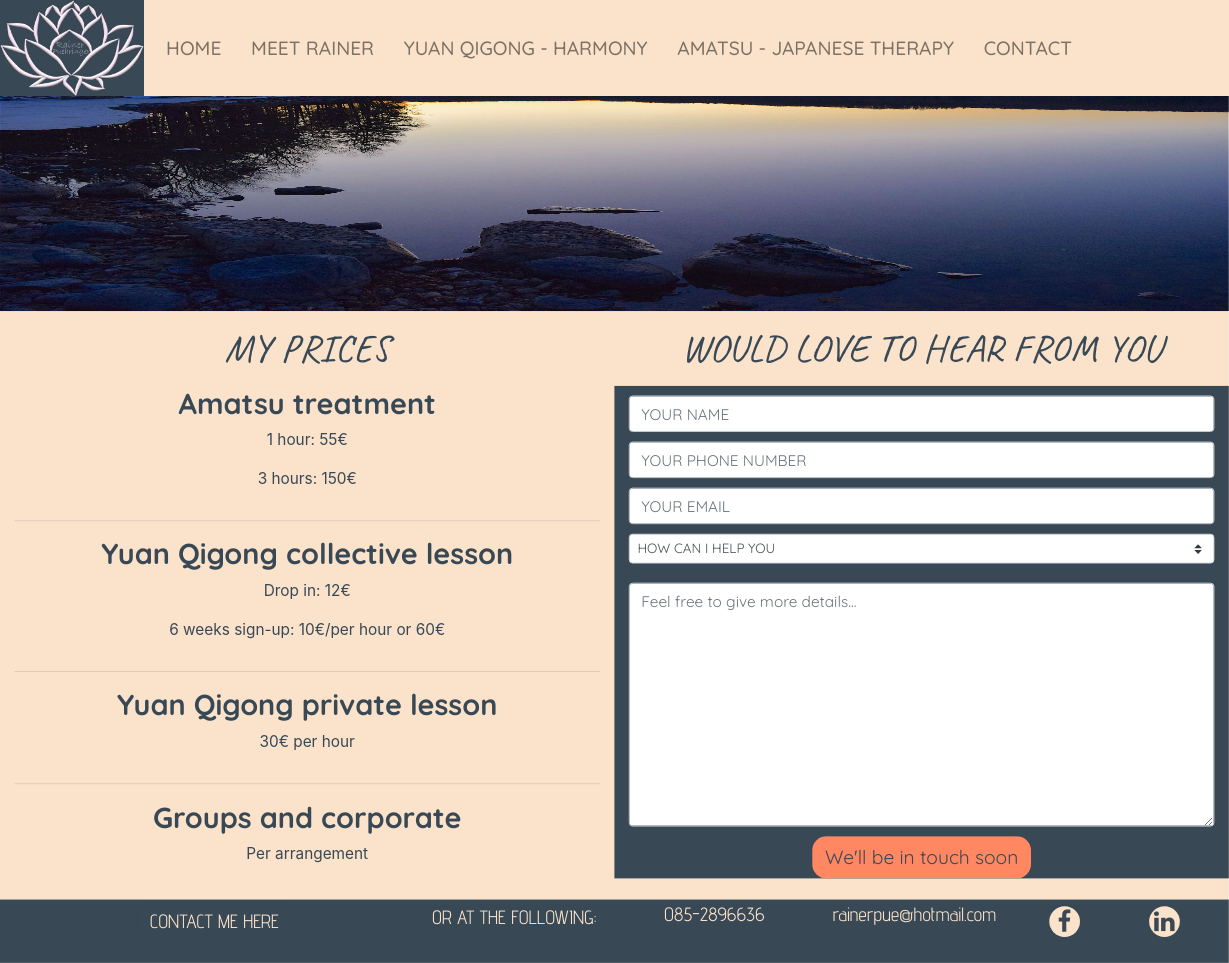
Repository: rainerpue/practitioner_website
Page: contact.html
The author's editor kept a record of every edit. The page is drawn from the files as they stood at one moment, then again after the next edit.
The browser window is 1280 px wide. The pictures show the whole page, at 96% of full size.
Some web libraries are served in a nearby version.

Above is the page before.

### contact.html
<!DOCTYPE html>
<html lang="en">

<head>
    <meta charset="UTF-8">
    <meta name="viewport" content="width=device-width, initial-scale=1.0">
    <meta http-equiv="X-UA-Compatible" content="ie=edge">
    <meta name="description" content="Home page | Rainer Puehringer, Find your Energy flow">
    <meta name="keywords" content="qigong, amatsu, therapy, energy flow, body balance, harmony, Japanese therapy, yuan gong, ireland">
    <meta name="author" content="Rainer Puehringer">
    <!-- favicon -->
    <link rel="shortcut icon" type="image" href="assets/favicon/favicon-32x32.png">
    <!-- style links -->
    <link rel="stylesheet" href="https://stackpath.bootstrapcdn.com/bootstrap/4.3.1/css/bootstrap.min.css" type="text/css" />
    <link rel="stylesheet" href="https://stackpath.bootstrapcdn.com/font-awesome/4.7.0/css/font-awesome.min.css" type="text/css" />

    <!-- link to my css file comes after to make sure it render over bootstrap style -->
    <link rel="stylesheet" href="assets/css/style.css" type="text/css" />

    <title>Rainer Puehringer, Find your Energy flow with Yuan Qigong and Amatsu</title>

</head>

<body>
    <!-- navbar and logo -->
    <!-- blue background will only show on bigger screens, set to transparent for mobile device -->
    <nav class="navbar navbar-expand-md fixed-top navbar-light nav-coral">
        <!-- logo -->
        <a href="index.html" class="navbar-brand logo">
            <img src="assets/images/logo.jpg" width="150" height="100" alt="logo">
        </a>
        <!-- button for smaller devices -->
        <button class="navbar-toggler" type="button" data-toggle="collapse" data-target="#burger" aria-controls="burger" aria-expanded="false" aria-label="Toggle navigation">
    <span class="fa fa-bars"></span>
  </button>
        <!-- navigation items which drop down vertically from burger icon in smaller devices -->
        <div class="collapse navbar-collapse" id="burger">
            <ul class="navbar-nav mr-auto text-uppercase">
                <li class="nav-item">
                    <a class="nav-link" href="index.html">Home</a>
                </li>
                <li class="nav-item">
                    <a class="nav-link" href="about.html">Meet Rainer</a>
                </li>
                <li class="nav-item">
                    <a class="nav-link" href="qigong.html">Yuan Qigong - Harmony</a>
                </li>
                <li class="nav-item">
                    <a class="nav-link" href="amatsu.html">Amatsu - Japanese Therapy</a>
                </li>
                <li class="nav-item">
                    <a class="nav-link" href="index.html">Contact</a>
                </li>
            </ul>
        </div>
    </nav>

    <!-- end navbar -->

    <main>
        <!-- image banner -->
        <div class="container-fluid">
            <div class="row">
                <div class="col-12 banner-image banner-image-contact contact-img">
                </div>
            </div>
        </div>

        <!-- Prices and contact form -->
        <section class="container-fluid bg-coral contact-section">
            <div class="row">
                <div class="col-lg-6 prices">
                    <div class="row">
                        <div class="col-12">
                            <h3 class="text-uppercase text-center">My prices</h3>
                        </div>
                    </div>
                    <div class="row">
                        <div class="col-12 price-table text-center">
                            <h4>Amatsu treatment</h4>
                            <p>1 hour: 55€</p>
                            <p>3 hours: 150€</p>
                        </div>
                    </div>
                    <hr class="section-divider-price">
                    <div class="row">
                        <div class="col-12 price-table text-center">
                            <h4>Yuan Qigong collective lesson</h4>
                            <p>Drop in: 12€</p>
                            <p>6 weeks sign-up: 10€/per hour or 60€</p>
                        </div>
                    </div>
                    <hr class="section-divider-price">
                    <div class="row">
                        <div class="col-12 price-table text-center">
                            <h4>Yuan Qigong private lesson</h4>
                            <p>30€ per hour</td>
                        </div>
                    </div>
                    <hr class="section-divider-price">
                    <div class="row">
                        <div class="col-12 price-table text-center">
                            <h4>Groups and corporate</h4>
                            <p>Per arrangement</td>
                        </div>
                    </div>
                </div>
                <div class="col-lg-6">
                    <div class="row contact-heading">
                        <div class="col-12">
                            <h3 class="text-uppercase text-center">Would love to hear from you</h3>
                        </div>
                    </div>
                    <div class="row">
                        <form class="col-12 contact-form">
                            <input type="text" name="name" id="fullname" class="form-control" placeholder="YOUR NAME" required/>
                            <input type="number" name="phonenumber" id="phonenumber" class="form-control" placeholder="YOUR PHONE NUMBER" />
                            <input type="email" name="email" id="emailaddress" class="form-control" placeholder="YOUR EMAIL" required/>
                            <select class="custom-select custom-select-sm" name="how-can-i-help-you" id="how-can-i-help-you">
                                <option selected>HOW CAN I HELP YOU</option>
                                <option value="Book an Amatsu treatment">Book an Amatsu treatment</option>
                                <option value="Query about Qigong">Query about Qigong</option>
                                <option value="Advice about cooking or gardening">Advice about cooking or gardening</option>
                                <option value="Other">Other</option>
                            </select>
                            <textarea rows="10" name="querydetails" id="querydetails" class="form-control" placeholder="Feel free to give more details..." required></textarea>
                            <div class="form-row text-center">
                                <div class="col">
                                    <button type="submit" class="btn btn--gal btn--orange">We'll be in touch soon</button>
                                </div>
                            </div>
                        </form>
                    </div>
                </div>
            </div>
        </section>
    </main>

    <!-- footer -->

    <footer>
        <div class="container-fluid bg-grey">
            <div class="row footer-row">
                <div class="col-12 col-md-4 footer-contact">
                    <a class="btn btn--gal btn--grey text-uppercase" href="#">Contact Me Here</a>
                </div>
                <div class="col-12 col-md-2 footer-contact">
                    <h5 class="text-uppercase">or at the following:</h5>
                </div>
                <div class="col-12 col-md-2 footer-contact">
                    <p>085-2896636</p>
                </div>
                <div class="col-12 col-md-2 footer-contact">
                    <p>rainerpue@hotmail.com</p>
                </div>
                <div class="col-12 col-md-1 footer-contact">
                    <a class="socialmedia" href="https://www.facebook.com/YuanGongandAmatsuwithRainer/" target="_blank">
                    <i class="fa fa-facebook"></i>
                    <span class="sr-only">Facebook</span>
                    </a>
                </div>
                <div class="col-12 col-md-1 footer-contact">
                    <a class="socialmedia" href="https://www.linkedin.com/in/rainer-puehringer-63157248/" target="_blank">
                    <i class="fa fa-linkedin"></i>
                    <span class="sr-only">Linkedin</span>
                    </a>
                </div>
            </div>
        </div>
    </footer>

    <script src="https://code.jquery.com/jquery-3.2.1.slim.min.js " integrity="sha384-KJ3o2DKtIkvYIK3UENzmM7KCkRr/rE9/Qpg6aAZGJwFDMVNA/GpGFF93hXpG5KkN " crossorigin="anonymous "></script>
    <script src="https://cdnjs.cloudflare.com/ajax/libs/popper.js/1.12.9/umd/popper.min.js " integrity="sha384-ApNbgh9B+Y1QKtv3Rn7W3mgPxhU9K/ScQsAP7hUibX39j7fakFPskvXusvfa0b4Q " crossorigin="anonymous "></script>
    <script src="https://maxcdn.bootstrapcdn.com/bootstrap/4.0.0/js/bootstrap.min.js " integrity="sha384-JZR6Spejh4U02d8jOt6vLEHfe/JQGiRRSQQxSfFWpi1MquVdAyjUar5+76PVCmYl " crossorigin="anonymous "></script>
</body>

</html>

### assets/css/style.css
@import url('https://fonts.googleapis.com/css?family=Advent+Pro:100,200,300,400,500,600,700|Quicksand:300,400,500,700|Caveat:400,700');

body {}

/*-----------------------------------------Colour */

.nav-coral {
    background-color: transparent;
}

.bg-grey {
    background-color: #384955;
    color: #FAE2CB;
    padding-bottom: 20px;
}

.bg-coral {
    background-color: #FAE2CB;
    color: #384955;
    padding-bottom: 20px;
}

/*-----------------------------------------Images */

.about-img {
    background: url(../images/about-image.jpg);
}

.qigong-img {
    background: url(../images/lotus.jpg);
}

.amatsu-img {
    background: url(../images/water.jpg);
}

.contact-img {
    background: url(../images/contact.jpg);
}

/* Banner image code technics found in the link below:
https://stackoverflow.com/questions/38038056/adding-a-background-image-just-below-the-navigation-bar */

.banner-image {
    min-height: 30vh;
    -webkit-background-size: 100% 100%;
    -moz-background-size: 100% 100%;
    -o-background-size: 100% 100%;
    background-size: 100% 100%;
    width: 100vw;
    background-repeat: no-repeat;
    position: relative;
}

.banner-image-contact {
    min-height: 45vh;
}

.sm-img {
    max-height: 600px;
    max-width: 400px;
}


/*-----------------------------------------Special paddings/margins/texts */

.container-fluid {
    margin: 0;
}

.text-uppercase {
    text-transform: uppercase;
}

.text-center {
    text-align: center;
    margin: 0;
}

.text-justify {
    text-align: justify;
    text-justify: inter-word;
}

main {
    margin: 0;
    padding: 0;
}

h3 {
    padding: 15px 0 15px;
    font-family: "Caveat", sans-serif;
    font-weight: 400;
    font-size: 40px;
}

h4 {
    font-family: "Quicksand", sans-serif;
    font-weight: 700;
    font-size: 30px;
}

a {
    text-decoration: none;
    cursor: pointer;
}

/*-----------------------------------------buttons */

.btn:hover {
    color: #fafafa;
    text-decoration: none;
}

.btn--gal {
    margin-bottom: 0;
    margin-top: 0;
    border-radius: 15px;
    font-size: 20px;
    text-decoration: none;
    cursor: pointer;
}

.btn--grey {
    background-color: #384955;
    border-color: #384955;
    color: #FAE2CB;
}

.btn--grey:hover {
    color: #FF8863;
}

.btn--coral {
    background-color: #FAE2CB;
    border-color: #FAE2CB;
    color: #384955;
}

.btn--coral:hover {
    color: #87B0CD;
}

.btn--orange {
    background-color: #FF8863;
    color: #384955;
}

.btn--orange:hover {
    color: #FAE2CB;
}

.btn--footer {
    color: #FAE2CB;
}

/*-----------------------------------------section divider */

.section-divider-short {
    width: 75px;
    height: 5px;
    border: 0;
    background-color: #384955;
}

.section-divider-long {
    width: 100%;
    height: 10px;
    border: 0;
    background-color: #384955;
    margin: 0;
}

/*-----------------------------------------logo */

.logo {
    display: inline-block;
    padding: 0;
    margin: 0;
    line-height: inherit;
    white-space: nowrap;
    background-position: center;
    background-repeat: no-repeat;
    -o-transition: all .5s ease-in-out;
    transition: all .5s ease-in-out;
    -moz-transition: all .5s ease-in-out;
    -webkit-transition: all .5s ease-in-out;
}

/*-----------------------------------------burger icon inspired from https://mdbootstrap.com/docs/jquery/navigation/hamburger-menu/ */

.fa-bars {
    font-size: 30px;
    padding: 5px;
}

.navbar-light .navbar-toggler {
    border-color: rgba(0, 0, 0, .3);
    margin-right: 15px;
}

/*-----------------------------------------nav */

.navbar {
    padding: 0;
    text-align: center;
    overflow: auto;
}

.navbar-collapse {
    background-color: #FAE2CB
}

.nav-item {
    padding-left: 15px;
}

.nav-item a {
    color: #384955;
    font-family: "Quicksand", sans-serif;
    font-weight: 500;
    font-size: 20px;
    -webkit-transition: background-color .2s ease-in-out, color .2s ease-in-out;
    -o-transition: background-color .2s ease-in-out, color .2s ease-in-out;
    transition: background-color .2s ease-in-out, color .2s ease-in-out;
}

.nav-item a:hover {
    color: #FAE2CB!important;
    background-color: #384955;
}

/*-----------------------------------------full background image with attention */

.home-image {
    min-height: 95vh;
    -webkit-box-align: center;
    -ms-flex-align: center;
    align-items: center;
    position: relative;
    background: url(../images/home-image.jpg) no-repeat center center fixed;
    background-size: cover;
    padding-top: 100px;
}

.opaque-overlay {
    position: absolute;
    top: 0;
    left: 0;
    height: 100%;
    width: 100%;
    background: rgba(0, 0, 0, 0.2);
}

.attention {
    width: 80%;
    color: #fafafa;
    font-family: "Advent Pro", sans-serif;
    font-size: 40px;
    font-weight: 600;
    padding-left: 15px;
    padding-top: 200px;
}

/*-----------------------------------------testimonials in carrousel */

.slide {
    position: relative;
    display: -webkit-box;
    display: -ms-flexbox;
    display: flex;
    -webkit-box-align: center;
    -ms-flex-align: center;
    align-items: center;
    min-height: 30vh;
    text-align: center;
    padding: 5px 30px;
    margin-bottom: 20px
}

blockquote {
    width: 80px;
    font-family: "Advent Pro", sans-serif;
    font-weight: 300;
    font-size: 30px;
}

/*-----------------------------------------home intro section */

.intro {
    width: 100%;
    padding: 0;
    min-height: 20vh;
}

.content-intro {
    font-family: "Advent Pro", sans-serif;
    font-size: 20px;
    font-weight: 400;
    margin-bottom: 20px;
}

/*-----------------------------------------footer */

.footer-row {
    padding: 0 15px;
    text-align: center;
}

.footer-contact {
    font-family: "Advent Pro", sans-serif;
    text-align: center;
    -webkit-box-align: center;
    -ms-flex-align: center;
    align-items: center;
    -webkit-box-pack: center;
    -ms-flex-pack: center;
    justify-content: center;
    padding: 0;
    margin: 0;
}

.footer-contact p {
    font-weight: 400;
    font-size: 20px;

}

.footer-contact h5 {
    font-weight: 400;
    font-size: 20px;
}

.socialmedia i {
    width: 32px;
    height: 32px;
    border-radius: 50%;
    font-size: 25px;
    text-align: center;
    vertical-align: middle;
    display: table-cell;
    color: #384955;
    background: #FAE2CB;
    transition: all 0.35s ease-in-out;
    -moz-transition: all 0.35s ease-in-out;
    -webkit-transition: all 0.35s ease-in-out;
    -o-transition: all 0.35s ease-in-out;
}

.social-links i:hover {
    background: #e84610;
}

/*-----------------------------------------main content for each page */

.main-content {
    position: relative;
    padding-top: 5px;
    padding-bottom: 5px;
    padding-right: 30px;
    line-height: 200%;
    font-family: "Advent Pro", sans-serif;
    font-size: 20px;
    font-weight: 400;
}

.section-column {
    display: table-cell;
    padding: 0 30px 30px;
    float: none;
}

.intro-section {
    padding-top: 10px;
    padding-bottom: 20px;
}

.section-details {
    min-height: 25vh;
    -webkit-box-align: center;
    -ms-flex-align: center;
    align-items: center!important;
    margin-bottom: 15px;
}



/*-----------------------------------------links to other websites on about page */

.links {
    color: #FAE2CB;
    font-weight: 700;
}

.links:hover {
    color: #FF8863;
}

/*-----------------------------------------timeline implemented from the Resume Mini-project in the User Centric module */

.timeline {
    margin: 0;
}

.history-items {
    padding-left: 30px;
    padding-bottom: 15px;
}

.timeline-item {
    padding: 4em 2em 0em 2em;
    position: relative;
    color: #384955;
    border-left: 1px solid;
    font-family: "Advent Pro", sans-serif;
}

.timeline-item p {
    padding: 0;
    margin: 0;
}

.timeline-item:before {
    content: attr(data-dates);
    position: absolute;
    left: 2.5em;
    top: 3em;
    display: block;
    font-family: "Advent Pro", sans-serif;
    font-weight: 500;
    font-size: 0.8em;
    padding: 0;
    margin: 0;
}

.timeline-item:after {
    width: 12px;
    height: 12px;
    display: block;
    position: absolute;
    top: 2.4em;
    left: -6px;
    border-radius: 12px;
    content: "";
    background-color: #384955;
}



/*-----------------------------------------qualifications */

.list-row {
    padding: 30px 0 30px;
    line-height: 200%;
}

.list-row i {
    font-size: 40px;
}

.button {
    margin-top: 30px;
}

/*-----------------------------------------Qigong page */

.qigong-p {
    padding: 15px;
}

.list-section {
    padding-left: 30px;
    padding-bottom: 15px;
    margin-bottom: 10px;
    border: 10px solid;
}

.quote {
    font-family: "Quicksand", sans-serif;
    font-weight: 100;
    font-size: 30px;
}

.quote i {
    padding: 5px;
    font-weight: 700;
}

#video {
    min-height: 50vh;
    padding-bottom: 15px;
}

.verse {
    font-family: "Caveat", sans-serif;
    font-weight: 400;
    font-size: 30px;
    padding-top: 30px;
}

.verse ul li {
    list-style: none;
    padding: 15px;
}

/*-----------------------------------------Amatsu page */

.fivefactors {
    font-weight: 600;
    color: #FF8863;
}

.specialp {
    padding: 10px;
}


/*-----------------------------------------stones custom css */

.stone-section {
    padding: 0;
    padding-bottom: 15px;
    margin-bottom: 10px;
    display: flex;  /* this part of custom css was suggested by Eventyret Mentor in slack so the stones are centered on top of each other */
	justify-content: center;
	align-items: center;
	flex-direction: column;
}

.each-stone {
    width: 120px;
    height: 120px;
    border: 1px solid #384955;
    border-radius: 50%;
    background-color: #384955;
    color: #87B0CD;
    justify-content: center; /* this part of custom css was suggested by Eventyret Mentor in slack */
	align-items: center;
	display: flex;
	margin-bottom: -15px;
}

.each-stone span {
    font-family: "Quicksand", sans-serif;
    font-weight: 700;
    font-size: 18px;
}

/*-----------------------------------------treatment cards */
/*-- to justify space all around the cards and center */
.card-row {
    justify-content: space-around!important;
}

.card {
    background-color: #FAE2CB;
    color: #384955;
    margin-bottom: 15px;
}

.card-item {
    padding: 10px;
    text-align: center;
    vertical-align: middle;
    display: table-cell;
}

.card-item i {
    font-size: 60px;
}

.card-item span {
    font-family: "Caveat", sans-serif;
    font-weight: 400;
    font-size: 20px;
}

/*-----------------------------------------contact page */

.contact-section {
    min-height: 45vh;
    margin-bottom: 0;
}

.contact-form {
    font-family: "Quicksand", sans-serif;
    background-color: #384955;
    color: #FAE2CB;
    margin-right: 5px;
}

.contact-heading {}

.prices {

}

.price-table {}

.form-control {
    margin-top: 10px;
    margin-bottom: 10px;
}

.custom-select {
    margin-bottom: 10px;
}

/*-----------------------------------------media queries */

/*-----------------------------------------media query to add navbar color background color on bigger screens */

@media (min-width: 768px) {
    .nav-coral {
        background-color: #FAE2CB;
    }
}

@media (min-width: 768px) {
    .attention {
        padding-top: 400px;
        width: 60%;
        font-size: 50px;
    }
}

@media (min-width: 768px) {
    .slide {
        min-height: 20vh;
    }
}

@media (min-width: 768px) {
    .section-divider-short {
        width: 0px;
        height: 0px;
        border: 0;
    }
}

@media (min-width: 768px) {
    .footer-contact {
        display: -webkit-box;
        display: -ms-flexbox;
        display: flex;
    }
}

@media (min-width: 768px) {
    .footer-contact h5 p a {
        padding-left: 15px;
    }
}

@media (min-width: 768px) {
    .history-items {
        border: 10px solid;
        border-bottom: none;
    }
}

@media (min-width: 768px) {
    .section-column {
        padding: 0 50px 0;
    }
}

@media (min-width: 768px) {
    #video {
        padding-bottom: 0;
    }
}

After the next edit:
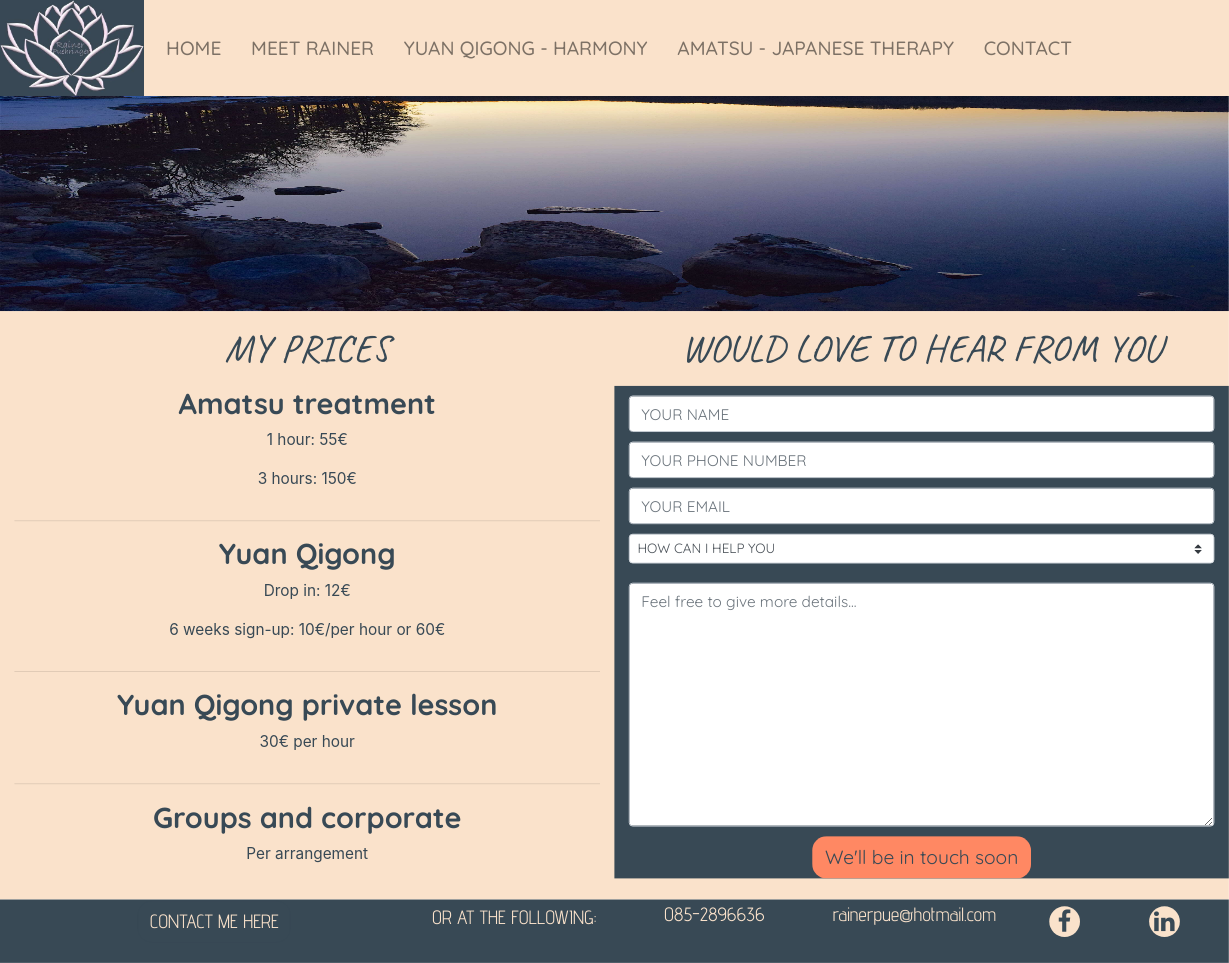
The edit:
--- a/contact.html
+++ b/contact.html
@@ -85,7 +85,7 @@
                     <hr class="section-divider-price">
                     <div class="row">
                         <div class="col-12 price-table text-center">
-                            <h4>Yuan Qigong collective lesson</h4>
+                            <h4>Yuan Qigong</h4>
                             <p>Drop in: 12€</p>
                             <p>6 weeks sign-up: 10€/per hour or 60€</p>
                         </div>
